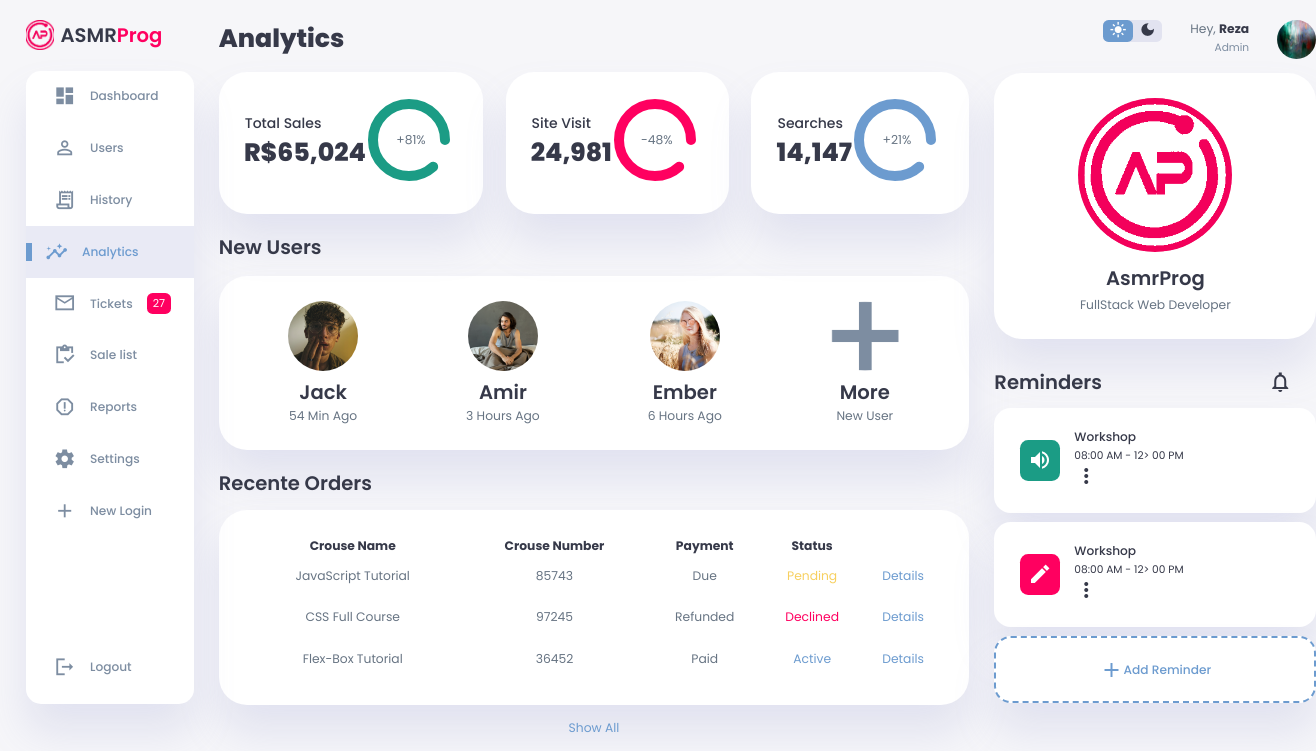
Repository: pheonix5/ProjetosRN-linux
Page: DashBoard/index.html
The author's editor kept a copy of each file at every save. The page is drawn from the files as they stood at one save, then again after the next save.
The browser window is 1280 px wide. The page is 1316 px wide, so the pictures cover 1316 px, including what lies to the right of the window. The pictures show the whole page.

Above is the page before, as saved 2023-08-06 03:17:15.

After the next save:
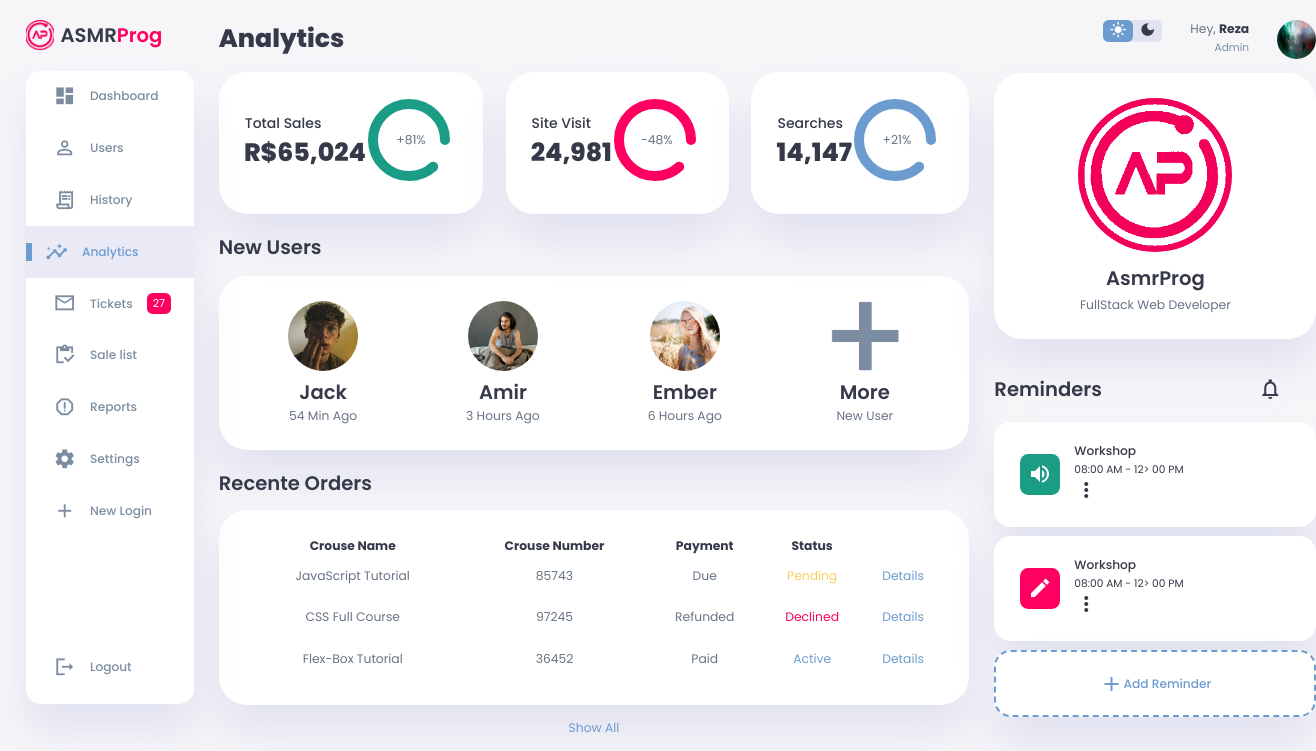
Saved 24 s later.
--- a/DashBoard/style.css
+++ b/DashBoard/style.css
@@ -469,6 +469,10 @@ main .recent-orders a{
   margin-bottom: 0.8rem;
 }
 
+.right-section .reminders .header span{
+  padding: 10px;
+}
+
 .right-section .reminders .notification{
   background-color: var(--color-white);
   display: flex;
